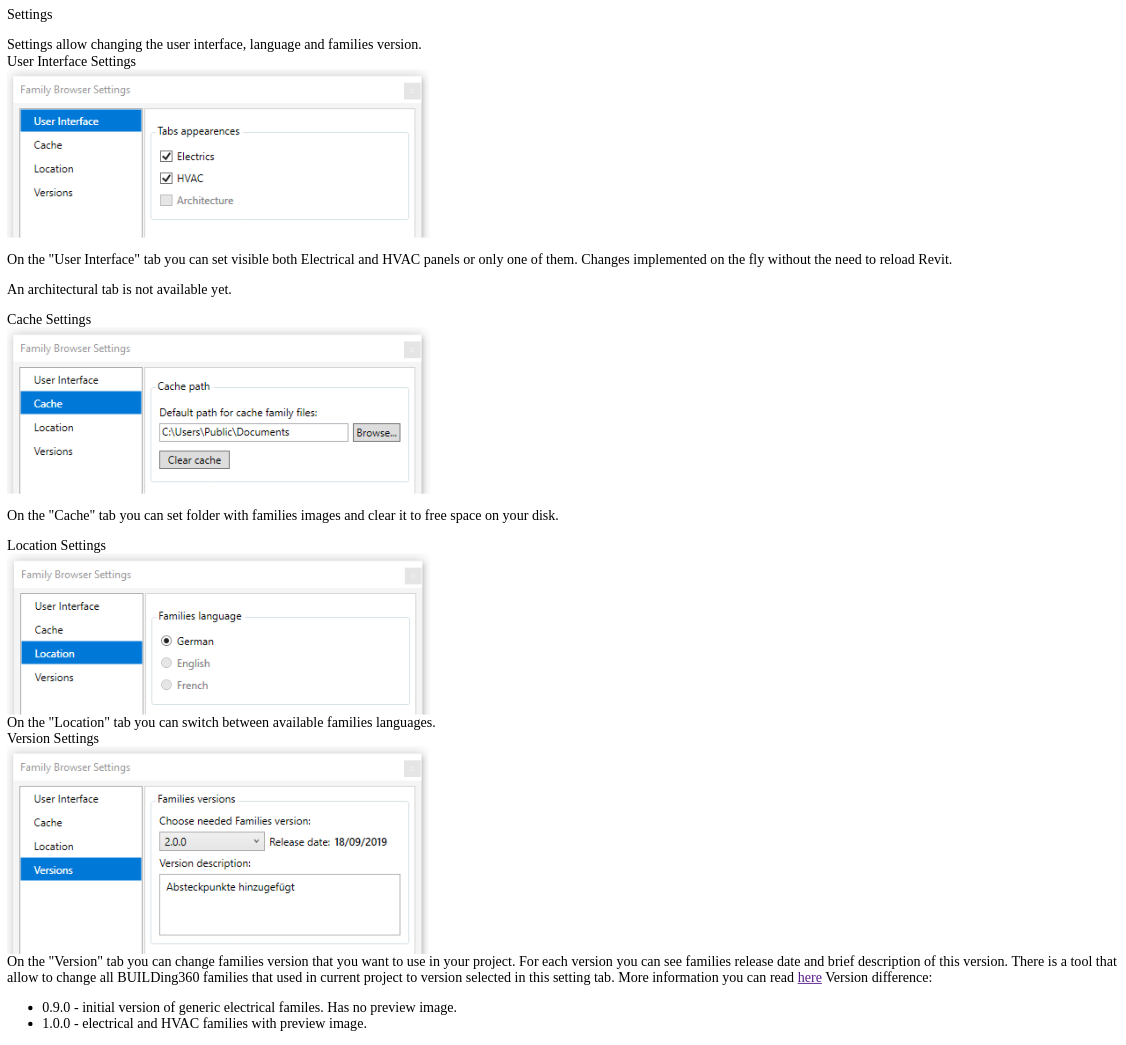
Repository: RomanLavrov/FamilyBrowserUserGuide
Page: http://localhost/FamilyBrowser/application/views/en/settings_view.php
The author's editor kept a copy of each file at every save. The page is drawn from the files as they stood at one save, then again after a run of saves.
The browser window is 1280 px wide. The pictures show the whole page, at 88% of full size.
The page is run by PHP 8.4 with error messages shown; the project is at /var/www/html/.

Above is the page before, as saved 2019-10-23 16:17:18.

### FamilyBrowser/application/views/en/settings_view.php
<div class="article-header">Settings</div>
<div class="article-content" style="margin-bottom:-15px;">
      <p>
            Settings allow changing the user interface, language and families version.
      </p>
</div>

<div class="article-header">User Interface Settings</div>
<div class="article-content">
      <div class="row">
            <div class="col-md-5" style="min-width:480px">
                  <img style="margin-left:0" class="illustration" src="/FamilyBrowser/images/Tab_Settings_en.png"
                        alt="" />
            </div>

            <div class="col-md-5">
                  <p>On the "User Interface" tab you can set visible both Electrical and HVAC panels or only one of
                        them.
                        Changes implemented on the fly without the need to reload Revit. </p>
                  <p>An architectural tab is not available yet.</p>
            </div>
      </div>
</div>

<div class="article-header">Cache Settings</div>
<div class="article-content">
      <div class="row">
            <div class="col-md-5" style="min-width:480px">
                  <img style="margin-left:0" class="illustration" src="/FamilyBrowser/images/Tab_Cache_en.png" alt="" />
            </div>
            <div class="col-md-5">
                  <p>
                        On the "Cache" tab you can set folder with families images and clear it to free space on your
                        disk.
                  </p>
            </div>
      </div>
</div>

<div class="article-header">Location Settings</div>
<div class="article-content">
      <div class="row">
            <div class="col-md-5" style="min-width:480px">
                  <img style="margin-left:0" class="illustration" src="/FamilyBrowser/images/Tab_Language_en.png"
                        alt="" />
            </div>
            <div class="col-md-5">
                  On the "Location" tab you can switch between available families languages.
            </div>
      </div>
</div>

<div class="article-header">Version Settings</div>
<div class="article-content">
      <div class="row">
            <div class="col-md-5" style="min-width:480px">
                  <img style="margin-left:0" class="illustration" src="/FamilyBrowser/images/Tab_Version_en.png"
                        alt="" />
            </div>
            <div class="col-md-5">
                  On the "Version" tab you can change families version that you want to use in your project.
                  For each version you can see families release date and brief description of this version.
                  There is a tool that allow to change all BUILDing360 families that used in current project to version
                  selected in this setting tab. More information you can read <a href="">here</a>
                  Version difference:
                  <ul>
                        <li>0.9.0 - initial version of generic electrical familes. Has no preview image.</li>
                        <li>1.0.0 - electrical and HVAC families with preview image.</li>
                  </ul>
            </div>
      </div>
</div>

After the next 2 saves:
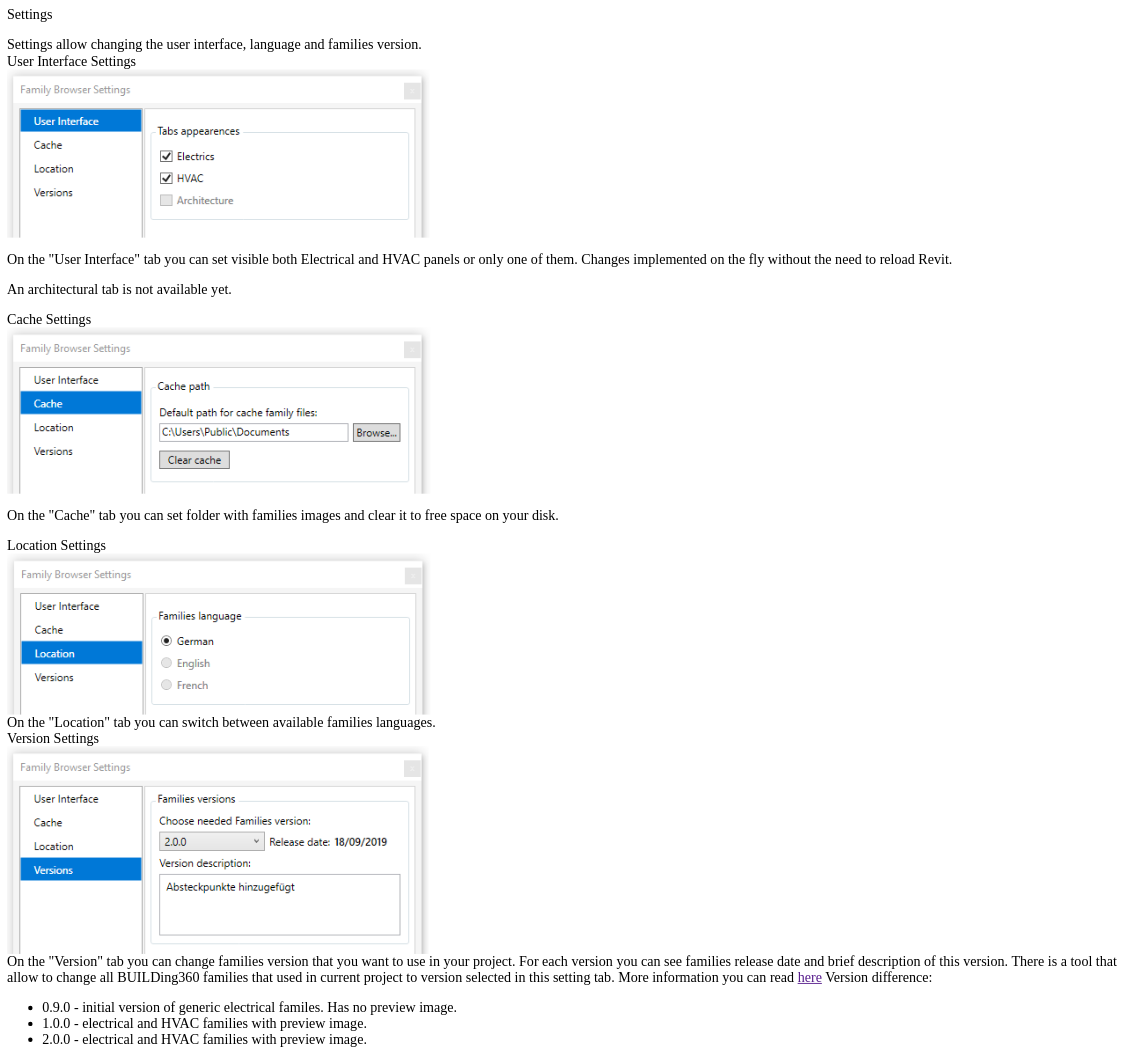
The 2 saves are shown as one change because they came seconds apart.
The last was saved 9 s later.
--- a/FamilyBrowser/application/views/en/settings_view.php
+++ b/FamilyBrowser/application/views/en/settings_view.php
@@ -66,6 +66,7 @@
                   <ul>
                         <li>0.9.0 - initial version of generic electrical familes. Has no preview image.</li>
                         <li>1.0.0 - electrical and HVAC families with preview image.</li>
+                        <li>2.0.0 - electrical and HVAC families with preview image.</li>
                   </ul>
             </div>
       </div>
